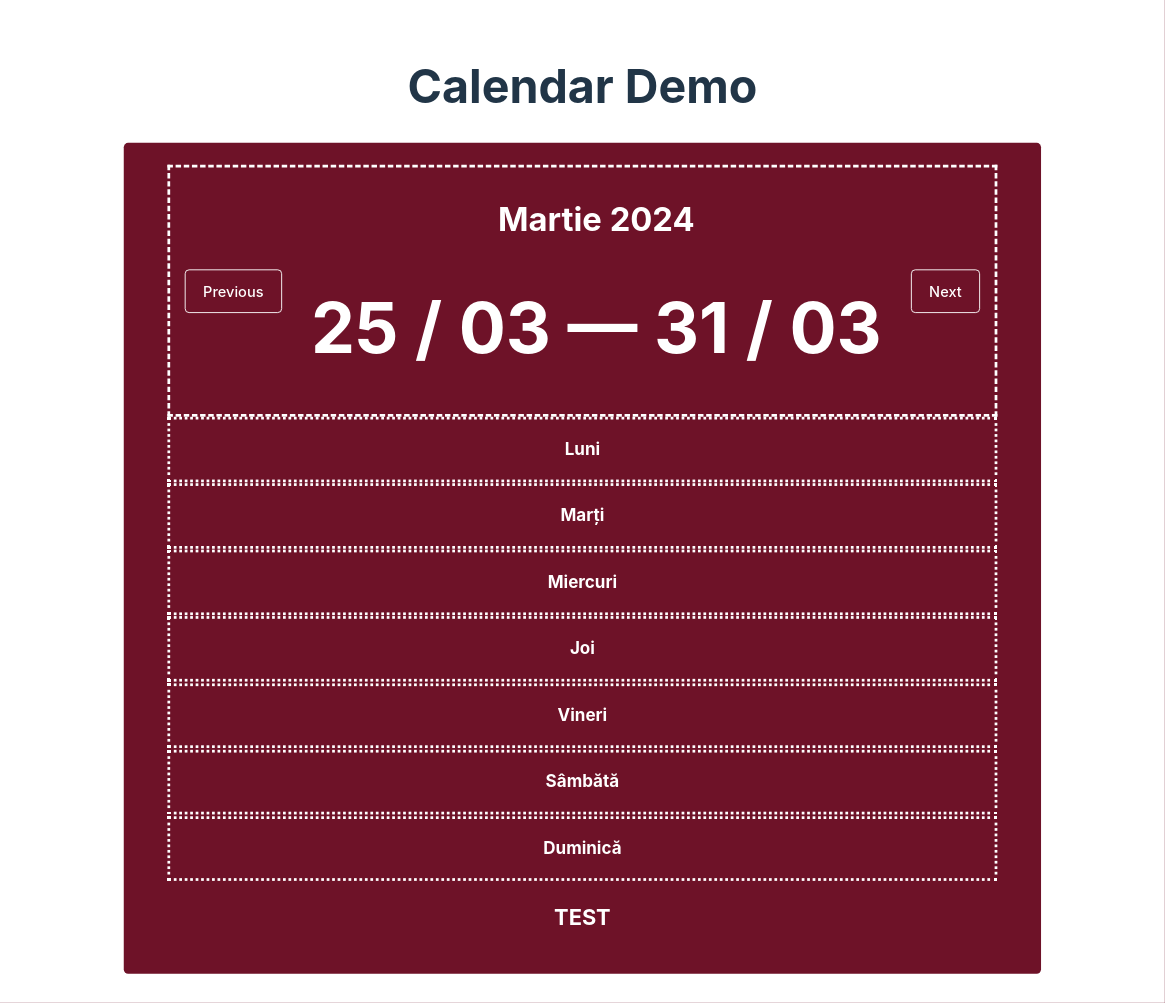
Repository: Maryie-B/weekly-calendar-scheduler
Page: /
The author's editor kept a copy of each file at every save. The page is drawn from the files as they stood at one save, then again after the next save.
The browser window is 1280 px wide. The pictures show the whole page, at 91% of full size.
The project was rebuilt for these pictures with package versions that can differ from the ones it lists, and the page was loaded fresh each time. Also part of the build but not shown: vite.config.js.

Above is the page before, as saved 2024-03-26 15:12:05.

### src/App.jsx
import './App.css'
import CalendarHeader from './CalendarHeader'
import CalendarDays from './CalendarDays'

function App() {

  return (
    <>
      <h1>Calendar Demo</h1>
      <div className='calendar-wrapper'>

        <CalendarHeader />
        <CalendarDays />
      </div>
    </>
  )
}

export default App

### src/App.css
#root {
  max-width: 1280px;
  margin: 0 auto;
  padding: 2rem;
  text-align: center;
}

.calendar-wrapper {
  background-color: rgb(110, 18, 40);
  color: white;
  padding: 1.5rem 3rem;
  border-radius: 0.3rem;
}

.calendar-header {
  display: flex;
  flex-direction: row;
  border-color: white;
  border-style: dashed;
  align-items: center;
  justify-content: center;
}


.calendar-button {
  background-color: rgba(0, 0, 0, 0);
  height: 3rem;
  align-items: center;
  justify-content: center;
  border-color: white;
  border-radius: 0.3rem;
  color: white;
  font-size: 1rem;
  margin: 1rem;
}

.calendar-text {
  font-size: 1.5rem;
  padding: 0rem 1rem;
}

.calendar-days-wrapper {
  display: grid;
  gap: 0.1rem;
}

.days-header {
  border-color: white;
  border-style: dotted;
  /* border: 0.3rem; */
}

### src/CalendarHeader.jsx
import { useState, useEffect } from "react";

const CalendarHeader = () => {
  const [currentWeekStart, setCurrentWeekStart] = useState(() => {
      const now = new Date();
      const currentDay = now.getDay();
      const untilMonday = currentDay === 0 ? 6 : currentDay - 1;
      now.setDate(now.getDate() - untilMonday);
      return now;
  });

  const [currentWeekEnd, setCurrentWeekEnd] = useState(() => {
    const end = new Date(currentWeekStart);
    end.setDate(currentWeekStart.getDate() + 6);
    return end;
  });

  useEffect(() => {
    const end = new Date(currentWeekStart);
    end.setDate(currentWeekStart.getDate() + 6);
    console.log(end, '- from useEffect');
    setCurrentWeekEnd(end);
  }, [currentWeekStart]);

  const handleGoToPreviousWeek = () => {
    setCurrentWeekStart((prevDate) => {
        const newDate = new Date(prevDate);
        newDate.setDate(newDate.getDate() - 7);
        console.log(newDate, '-- from handleGoToPrevWeek');
        return newDate;
    });
  };

  const handleGoToNextWeek = () => {
    setCurrentWeekStart((prevDate) => {
        const newDate = new Date(prevDate);
        newDate.setDate(newDate.getDate() + 7);
        console.log(newDate, '-from handle NEXTdate');
        return newDate;
    });
  };

  const startMonth = currentWeekStart.getMonth();
  const endMonth = currentWeekEnd.getMonth();
  const startYear = currentWeekStart.getFullYear();
  const endYear = currentWeekEnd.getFullYear();

  const monthsNames = ['Ianuarie', 'Februarie', 'Martie', 'Aprilie',
                        'Mai', 'Iunie', 'Iulie', 'August', 'Septembrie', 'Octombrie', 'Noiembrie', 'Decembrie'];

  let calendarHeader = `${monthsNames[startMonth]} ${startYear}`;
  if (startMonth !== endMonth || startYear !== endYear) {
    calendarHeader += ` — ${monthsNames[endMonth]} ${endYear} `
  }

  let weekStartMonthNumber = currentWeekStart.getMonth() + 1;
  let weekEndMonthNumber = currentWeekEnd.getMonth() + 1;

  weekStartMonthNumber = weekStartMonthNumber < 10 ? `0${weekStartMonthNumber}` : weekStartMonthNumber;
  weekEndMonthNumber = weekEndMonthNumber < 10 ? `0${weekEndMonthNumber}` : weekEndMonthNumber;

  const datesRange = `${currentWeekStart.getDate()} / ${weekStartMonthNumber} — ${currentWeekEnd.getDate()} / ${weekEndMonthNumber}`;

  return (
    <div className="calendar-header">
        <button className='calendar-button' onClick={handleGoToPreviousWeek}>Previous</button>
        <div className="calendar-text">
        <h2>{calendarHeader}</h2>
        <h1>{datesRange}</h1>
        </div>
        <button className='calendar-button' onClick={handleGoToNextWeek}>Next</button>
    </div>
  )
}

export default CalendarHeader;

### src/CalendarDays.jsx
import { useState } from "react"

const CalendarDays = () => {
  const weekDays = ['Luni', 'Marți', 'Miercuri', 'Joi', 'Vineri', 'Sâmbătă', 'Duminică']

  return (
    <div className="calendar-days-wrapper">
      {weekDays.map((day, index) => {
        return (
        <div className="days-header" key={index}>
           <h3>{day}</h3>
        </div>
        )
      })}
      <h2>TEST</h2>
    </div>
  )
}

export default CalendarDays

Loaded but not shown: index.html (common file); src/main.jsx (common file); src/index.css (common file)

After the next save:
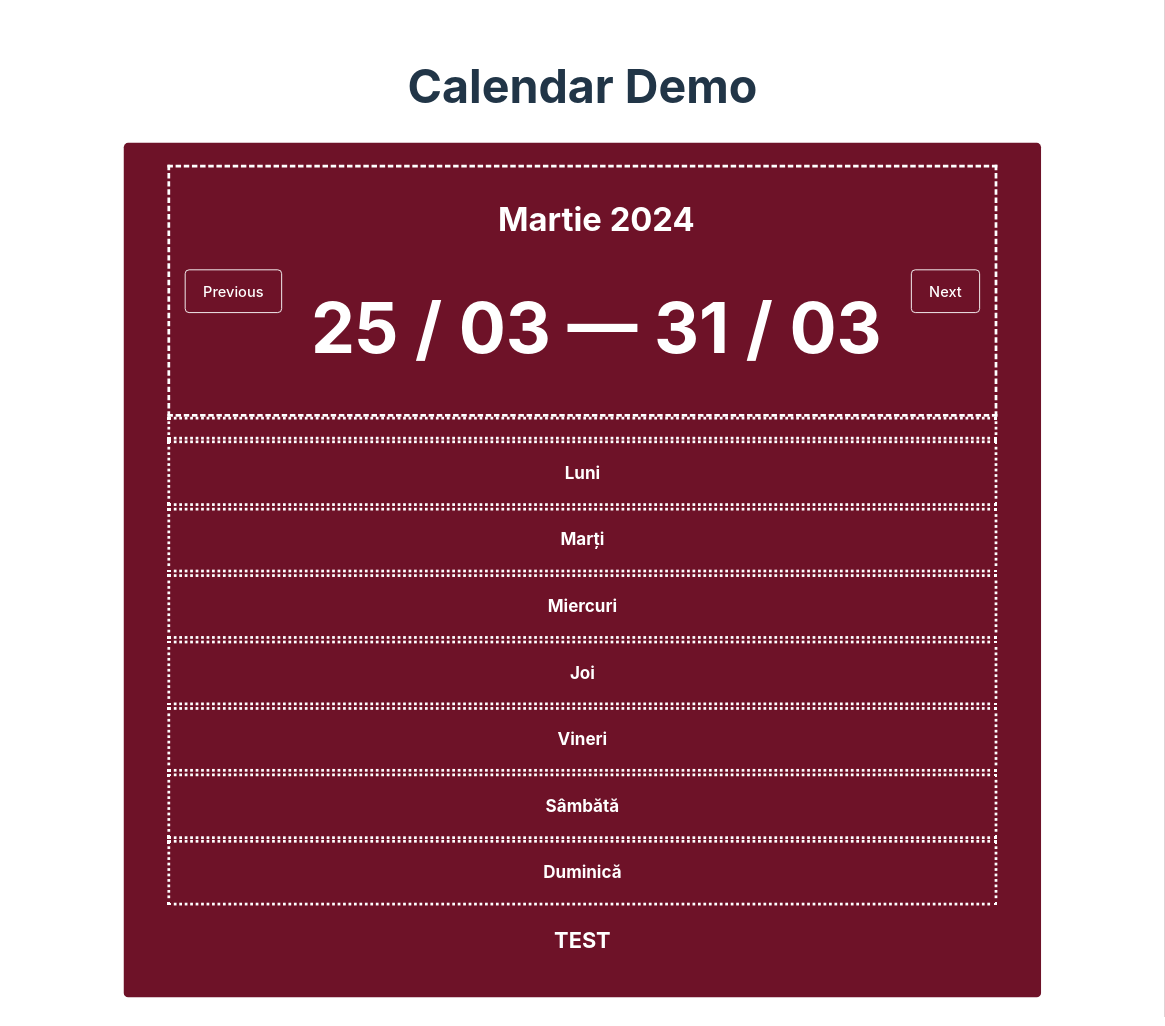
Saved 17 s later.
--- a/src/CalendarDays.jsx
+++ b/src/CalendarDays.jsx
@@ -1,7 +1,7 @@
 import { useState } from "react"
 
 const CalendarDays = () => {
-  const weekDays = ['Luni', 'Marți', 'Miercuri', 'Joi', 'Vineri', 'Sâmbătă', 'Duminică']
+  const weekDays = ['', 'Luni', 'Marți', 'Miercuri', 'Joi', 'Vineri', 'Sâmbătă', 'Duminică']
 
   return (
     <div className="calendar-days-wrapper">
